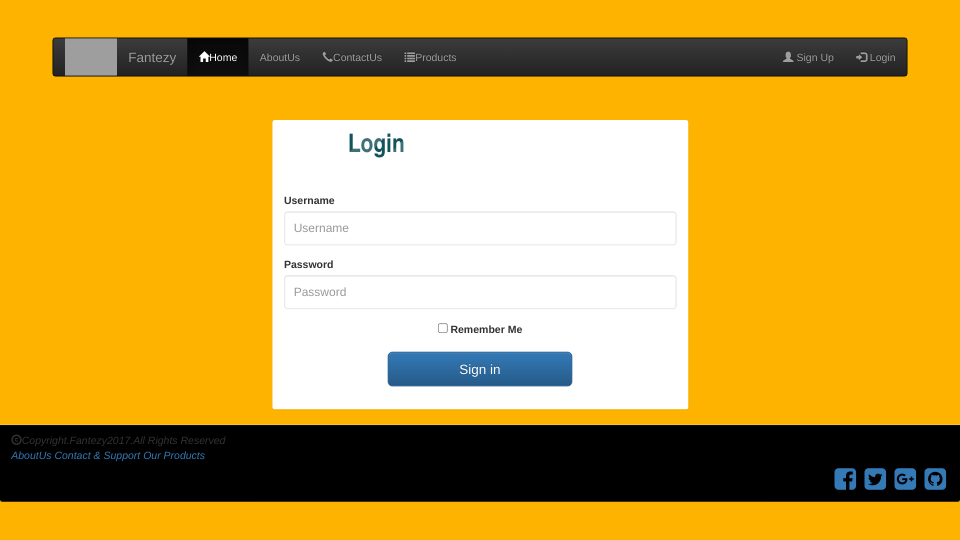
Repository: Safna93/eCommerce-project
Page: http://localhost/FantezyFrontendProject/WEB-INF/views/Login.jsp
An editor plug-in stored every save of this project. The page is shown before and after a run of saves, followed by the edit.
The browser window is 1280 px wide. The pictures show the whole page, at 75% of full size.
Pictures or frames that could not be fetched are drawn as grey boxes. Some web libraries are served in a nearby version. The page is served by Tomcat 9. Nobody is signed in. Other server files are loaded and not shown. The template is opened directly, without the code that normally fills it, so the values that code supplies are empty.

Above is the page before, as saved 2017-07-11 09:46:01.

### Fantezy Project/Fantezy/FantezyFrontendProject/src/main/webapp/WEB-INF/views/Login.jsp
<!DOCTYPE html>
<%@include file="Header.jsp" %>
<html lang="en">
<head>
  <title>Login</title>
  <meta charset="utf-8">
  <meta name="viewport" content="width=device-width, initial-scale=1">
  <%@ taglib uri="http://java.sun.com/jsp/jstl/core" prefix="c" %>
  <link rel="stylesheet" href="https://maxcdn.bootstrapcdn.com/bootstrap/3.3.7/css/bootstrap.min.css">
   <link href="<c:url value="/resources/css/log.css" />" rel="stylesheet">
  <script src="https://ajax.googleapis.com/ajax/libs/jquery/3.2.1/jquery.min.js"></script>
  <script src="https://maxcdn.bootstrapcdn.com/bootstrap/3.3.7/js/bootstrap.min.js"></script>

</head>
<body>


<div id="regContainer" class="container">
      <div class="row">
      <div class="col-md-6 col-md-offset-3">
        <div class="panel panel-login">
          <div class="panel-heading">
            <div class="row">
              <div class="col-xs-6">
                <a href="#" class="active" id="login-form-link">Login</a>
              </div>

            </div>
            <hr>
          </div>
          <div class="panel-body">
            <div class="row">
              <div class="col-lg-12">
                <form id="login-form" action="perform_login" method="post" role="form" style="display: block;">
                  <div class="form-group">
                    <label for="username">Username</label>
                    <input type="text" name="username" id="username" tabindex="1" class="form-control" placeholder="Username" value="" required>
                  </div>
                  <div class="form-group">
                    <label for="password">Password</label>
                    <input type="password" name="password" id="password" tabindex="2" class="form-control" placeholder="Password" required>
                  </div>
                  <div class="form-group text-center">
                    <input type="checkbox" tabindex="3" class="" name="remember" id="remember">
                    <label for="remember"> Remember Me</label>
                  </div>

                  <div class="form-group">
                    <div class="row">
                      <div class="col-sm-6 col-sm-offset-3">
                       <button class="btn btn-lg btn-primary btn-block" type="submit">
                    Sign in</button>
                        </div>
                    </div>
                  </div>
                </form>

              </div>
            </div>
          </div>
        </div>
      </div>
    </div>
  </div>
  <%@include file="Footer.jsp"%>
</body>
</html>

### Fantezy Project/Fantezy/FantezyFrontendProject/src/main/webapp/WEB-INF/views/Header.jsp
<!DOCTYPE html>
<html lang="en">
<head>
<title>Fatntezy-The Girlz Corner</title>
<meta charset="utf-8">
<meta name="viewport" content="width=device-width, initial-scale=1">
<%@ taglib uri="http://java.sun.com/jsp/jstl/core" prefix="c"%>
<link rel="stylesheet"
	href="https://maxcdn.bootstrapcdn.com/bootstrap/3.3.7/css/bootstrap.min.css">
<link href="<c:url value="/resources/css/Head.css" />" rel="stylesheet">
<script
	src="https://ajax.googleapis.com/ajax/libs/jquery/3.2.1/jquery.min.js"></script>
<script
	src="https://maxcdn.bootstrapcdn.com/bootstrap/3.3.7/js/bootstrap.min.js"></script>
</head>
<body>
<body style="background-color: #ffb301">
	<div class="header">
		<div class="container">
			<header style="height: 50px;"></header>
			<!------------- Navbar -------------->
			<nav class="my-nav navbar navbar-inverse bs-dark">
				<div class="navbar-header"></div>


				<div class="collapse navbar-collapse"
					id="bs-example-navbar-collapse-1">
					<ul class="nav navbar-nav">
						<div class="navbar-header">
							<a href="ioo.jsp" class="pull-left"><img
								src="http://dailydropcap.com/images/F-9.jpg"
								width="70" height="50"></a>
							<div class="navbar-brand">Fantezy</div>

							<!--- 	<a class="navbar-brand" href="index.jsp">Gifts</a>  ---->
						</div>


						<li class="active"><a href="ioo"><span
								class="glyphicon glyphicon-home"></span>Home</a></li>

						<li><a href="AboutUs">AboutUs</a></li>
						<li><a href="ContactUs"><span
								class="glyphicon glyphicon-earphone"></span>ContactUs</a></li>
						<li><a href="displayProducts"><span
								class="glyphicon glyphicon-list"></span>Products</a></li>
						</li>

					</ul>
					<ul class="nav navbar-nav navbar-right">
						<li><a href="login"><span
								class="glyphicon glyphicon-log-in"></span> Login</a></li>
					</ul>
					<ul class="nav navbar-nav navbar-right">
						<li><a href="Register"><span
								class="glyphicon glyphicon-user"></span> Sign Up</a></li>

					</ul>
				</div>


				</li>
				</ul>
		</div>
		</nav>
	</div>

	<!----------- !Navbar End ------------>


	</div>

### Fantezy Project/Fantezy/FantezyFrontendProject/src/main/webapp/WEB-INF/views/Footer.jsp


<html lang="en">
<head>
<title>Fantezy</title>
  <meta charset="utf-8">
  <meta name="viewport" content="width=device-width, initial-scale=1"><!-- Latest compiled and minified CSS -->
<link rel="stylesheet" href="https://maxcdn.bootstrapcdn.com/bootstrap/3.3.4/css/bootstrap.min.css">
<link rel="stylesheet" href="https://cdnjs.cloudflare.com/ajax/libs/font-awesome/4.6.3/css/font-awesome.min.css">
<!-- Optional theme -->
<link rel="stylesheet" href="https://maxcdn.bootstrapcdn.com/bootstrap/3.3.4/css/bootstrap-theme.min.css">
 <!-- jQuery (necessary for Bootstrap's JavaScript plugins) -->
    <script src="https://ajax.googleapis.com/ajax/libs/jquery/1.11.2/jquery.min.js"></script>
<!-- Latest compiled and minified JavaScript -->
<script src="https://maxcdn.bootstrapcdn.com/bootstrap/3.3.4/js/bootstrap.min.js"></script>
  <style>
.panel-footer{
	background-color: black;
	font-style: oblique;
}
body{
	background-color: white;
	font:oblique;
	size:18;
}
.social:hover {
     -webkit-transform: scale(1.1);
     -moz-transform: scale(1.1);
     -o-transform: scale(1.1);
 }
 .social {
     -webkit-transform: scale(0.8);
     /* Browser Variations: */

     -moz-transform: scale(0.8);
     -o-transform: scale(0.8);
     -webkit-transition-duration: 0.5s;
     -moz-transition-duration: 0.5s;
     -o-transition-duration: 0.5s;
 }
/*
    Multicoloured Hover Variations
*/

 #social-fb:hover {
     color: #3B5998;
 }
 #social-tw:hover {
     color: #4099FF;
 }
 #social-gp:hover {
     color: #d34836;
 }
 #social-gh:hover {
     color: black;
 }
</style>
</head>
<body>
<div class="panel-footer">

  <span class="glyphicon glyphicon-copyright-mark"></span>Copyright.Fantezy2017.All Rights Reserved
<div class="text-left left-block">
<a href="AboutUs">AboutUs</a></li>

<a href="ContactUs">Contact & Support</a>
<a href="ProductDesc">Our Products</a>





<div class="text-right right-block">

                <a href="https://www.facebook.com"><i id="social-fb" class="fa fa-facebook-square fa-3x social"></i></a>
	            <a href="https://twitter.com"><i id="social-tw" class="fa fa-twitter-square fa-3x social"></i></a>
	            <a href="https://plus.google.com"><i id="social-gp" class="fa fa-google-plus-square fa-3x social"></i></a>
	            <a href="https://github.com"><i id="social-gh" class="fa fa-github-square fa-3x social"></i></a>
</div>

</div>


</body>
</html>

### Fantezy Project/Fantezy/FantezyFrontendProject/src/main/webapp/resources/css/Head.css


.bs-dark.navbar-inverse {
  background-color: #222;
  border-color: #080808;
}
.bs-dark .navbar-img {padding:5px 6px !important;}
.bs-dark .navbar-img img {width:40px;}
.bs-dark .dropdown-menu {
  min-width: 200px;
  padding: 5px 0;
  margin: 2px 0 0;
  background-color: #000;
  border: 1px solid rgba(0, 0, 0, 0.7);
  border: 1px solid rgba(0, 0, 0, .15);
  -webkit-box-shadow: 0 6px 12px rgba(0, 0, 0, .175);
          box-shadow: 0 6px 12px rgba(0, 0, 0, .175);
}

.bs-dark .dropdown-menu .divider {
  border: 1px solid rgba(0, 0, 0, 0.8);
}
.bs-dark .dropdown-menu > li > a {
  padding: 6px 20px;
  color: rgba(255,255,255,0.80);
}
.bs-dark .dropdown-menu > li > a:hover,
.bs-dark .dropdown-menu > li > a:focus {
  color: rgba(255,255,255,0.70);
  text-decoration: none;
  background-color: transparent;
}
.bs-dark .dropdown-menu > .active > a,
.bs-dark .dropdown-menu > .active > a:hover,
.bs-dark .dropdown-menu > .active > a:focus {
  color: rgba(255,255,255,0.70);
  text-decoration: none;
  background-color: transparent;
  outline: 0;
}

.bs-dark .navbar-form {
  margin:0;
  margin-top: 5px;
  padding:8px 0px;
}

.bs-dark .navbar-form .search-box {
  border:0px;
  height:35px;
  outline: none;
  width:320px;
  padding-right: 3px;
  padding-left: 15px;
  margin:4px;
  -webkit-border-radius: 22px;
  -moz-border-radius: 22px;
  border-radius: 22px;
}

.bs-dark .navbar-form button {
  border: 0;
  background: none;
  padding: 2px 5px;
  margin-top: 2px;
  position: relative;
  left: -34px;
  margin-bottom: 0;
  -webkit-border-radius: 3px;
  -moz-border-radius: 3px;
  border-radius: 3px;
}

.bs-dark .search-box:focus + button {
  z-index: 3;
}

@media (min-width: 768px) {
    .bs-dark .dropdown:hover {background-color: #000;}
	.bs-dark .dropdown:hover .dropdown-menu {
	  display: block;
	}
	.bs-dark .navbar-form {
	  padding:0px;
	}
	.bs-dark .navbar-form .search-box {
	  width:260px;
	  height:32px;
	}

}

### Fantezy Project/Fantezy/FantezyFrontendProject/src/main/webapp/resources/css/log.css
#regContainer{
    margin-top: 3%;
}

.panel-login {
    border-color: #ccc;
     background-color: #f9f8f8;
    -webkit-box-shadow: 0px 2px 3px 0px rgba(0,0,0,0.2);
    -moz-box-shadow: 0px 2px 3px 0px rgba(0,0,0,0.2);
    box-shadow: 0px 2px 3px 0px rgba(0,0,0,0.2);
}
.panel-login>.panel-heading {
    text-align:center;
}
.panel-login>.panel-heading a{
    text-decoration: none;
    font-weight: bold;
    font-size: 28px;
    -webkit-transition: all 0.1s linear;
    -moz-transition: all 0.1s linear;
    transition: all 0.1s linear;
}
.panel-login>.panel-heading a.active{
    font-size: 34px;
}
.panel-login>.panel-heading hr{
    margin-top: 10px;
    margin-bottom: 0px;
    clear: both;
    border: 0;
    height: 1px;

}
.panel-login input[type="text"],.panel-login input[type="email"],.panel-login input[type="password"] {
    height: 45px;
    border: 1px solid #ddd;
    font-size: 16px;
    -webkit-transition: all 0.1s linear;
    -moz-transition: all 0.1s linear;
    transition: all 0.1s linear;
}
.panel-login input:hover,
.panel-login input:focus {
    outline:none;
    -webkit-box-shadow: none;
    -moz-box-shadow: none;
    box-shadow: none;
    border-color: #ccc;
}
.btn-login {
    background-color:#3D9DB3;
    outline: none;
    color: #fff;
    font-size: 14px;
    height: auto;
    font-weight: normal;
    padding: 14px 0;
    text-transform: uppercase;
    border-color: #2d92a9;
}
.btn-login:hover,
.btn-login:focus {
    color: #fff;
    background-color: #198da8;
    border-color: #53A3CD;
}
.btn-register {
    background-color: #17ae47;
    outline: none;
    color: #fff;
    font-size: 14px;
    height: auto;
    font-weight: normal;
    padding: 14px 0;
    text-transform: uppercase;
    border-color: #1CB94A;
}
.btn-register:hover,
.btn-register:focus {
    color: #fff;
    background-color: #1CA347;
    border-color: #1CA347;
}

.fullscreen_bg {
    position: fixed;
    top: 0;
    right: 0;
    bottom: 0;
    left: 0;
    background-size: cover;
    background-position: 50% 50%;

    background-repeat:repeat;
  }

.panel-heading a{
    font-size: 48px;
    color: rgb(6, 106, 117);
    padding: 2px 0 10px 0;
    font-family: 'FranchiseRegular','Arial Narrow',Arial,sans-serif;
    font-weight: bold;
    text-align: center;
    padding-bottom: 30px;
}

.panel-heading a{
    background: -webkit-repeating-linear-gradient(-45deg,
    rgb(18, 83, 93) ,
    rgb(18, 83, 93) 20px,
    rgb(64, 111, 118) 20px,
    rgb(64, 111, 118) 40px,
    rgb(18, 83, 93) 40px);
    -webkit-text-fill-color: transparent;
    -webkit-background-clip: text;
}

After the next 2 saves:
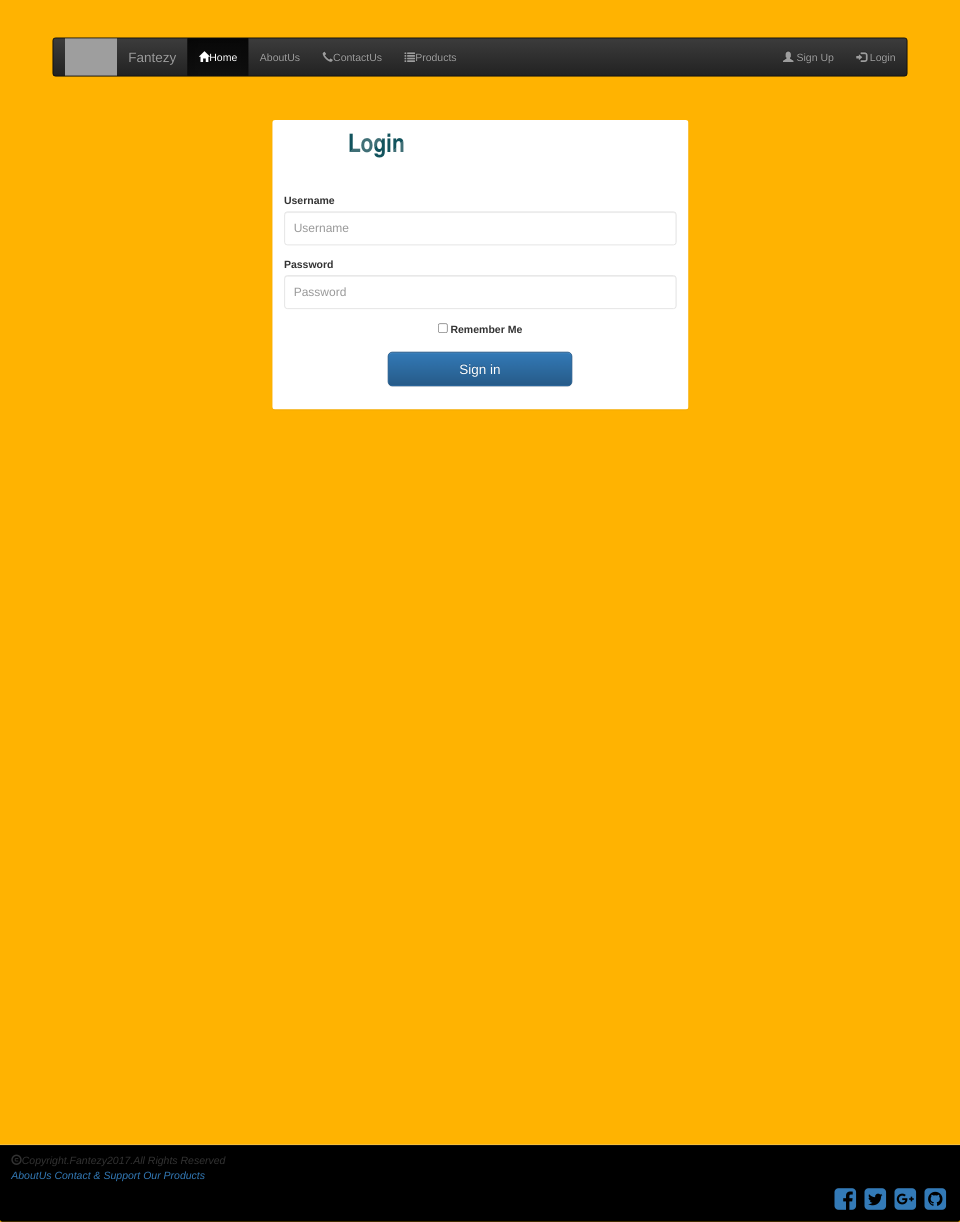
The 2 saves are shown as one change because they came seconds apart.
The last was saved 32 s later.
--- a/Fantezy Project/Fantezy/FantezyFrontendProject/src/main/webapp/WEB-INF/views/Login.jsp
+++ b/Fantezy Project/Fantezy/FantezyFrontendProject/src/main/webapp/WEB-INF/views/Login.jsp
@@ -62,6 +62,7 @@
       </div>
     </div>
   </div>
+  <br><br><br><br><br><br><br><br><br><br><br><br><br><br><br><br><br><br><br><br><br><br><br><br><br><br><br><br><br><br><br><br><br><br><br><br><br><br><br><br><br><br><br><br><br><br><br><br>
   <%@include file="Footer.jsp"%>
 </body>
 </html>
